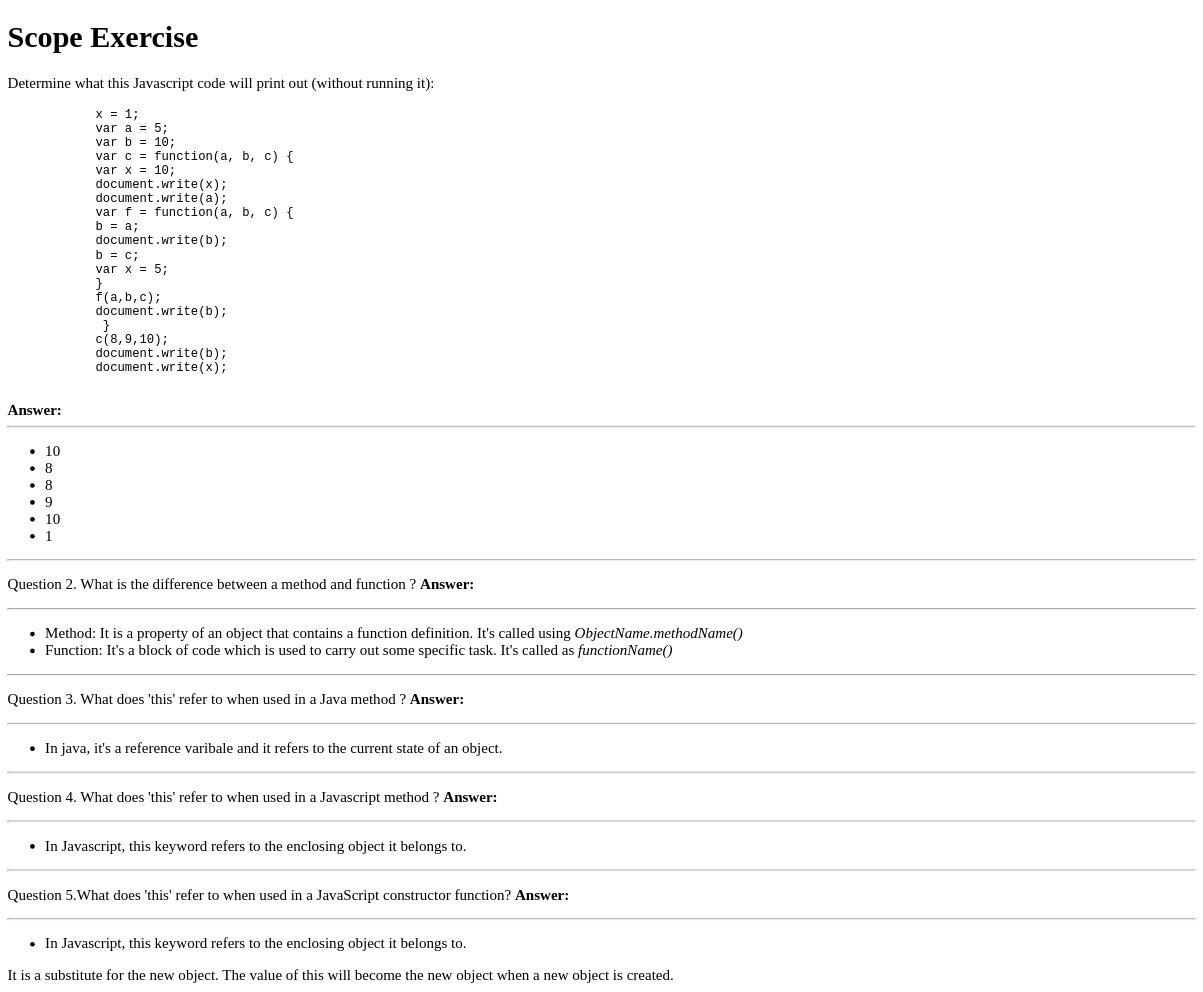
Repository: bethelbahiru/WAP
Page: Homework3/scope.html
An editor plug-in stored every save of this project. The page is shown before and after the next save, followed by the edit.
The browser window is 1280 px wide. The pictures show the whole page, at 94% of full size.

Above is the page before, as saved 2022-01-18 16:31:27.

### Homework3/scope.html
<!DOCTYPE html>
<html lang="en">
<head>
    <meta charset="UTF-8">
    <meta http-equiv="X-UA-Compatible" content="IE=edge">
    <meta name="viewport" content="width=device-width, initial-scale=1.0">
    <title>Scope Exercise</title>
</head>
<body>
    <h1><strong>Scope Exercise</strong></h1>
    <p> Determine what this Javascript code will print out (without running it):
        <pre>
            x = 1;
            var a = 5;
            var b = 10;
            var c = function(a, b, c) {
            var x = 10;
            document.write(x);
            document.write(a);
            var f = function(a, b, c) {
            b = a;
            document.write(b);
            b = c;
            var x = 5;
            }
            f(a,b,c);
            document.write(b);
             }
            c(8,9,10);
            document.write(b);
            document.write(x);
        </pre>

        <strong>Answer:</strong>
        <hr>
        <ul>
            <li>10</li>
            <li>8</li>
            <li>8</li>
            <li>9</li>
            <li>10</li>
            <li>1</li>
        </ul>
    </p>
    <hr>
    <p>Question 2.  What is the difference between a method and function ?

        <strong>Answer:</strong>
        <hr>
        <ul>
            <li>Method: It is a property of an object that contains a function definition. It's called using <em>ObjectName.methodName()</em></li>
            <li>Function: It's a block of code which is used to carry out some specific task. It's called as <em>functionName()</em></li>
        </ul>
    </p>
    <hr>
    <p>Question 3. What does 'this' refer to when used in a Java method ?
        <strong>Answer:</strong>
        <hr>
        <ul>
            <li>In java, it's a reference varibale and it refers to the current state of an object.</li>
        </ul>
    </p>
    <hr>
    <p>Question 4. What does 'this' refer to when used in a Javascript method ?
        <strong>Answer:</strong>
        <hr>
        <ul>
            <li>In Javascript, this keyword refers to the enclosing object it belongs to.</li>
        </ul>
    </p>
    <hr>
    <p>Question 5.What does 'this' refer to when used in a JavaScript constructor function?
        <strong>Answer:</strong>
        <hr>
        <ul>
            <li>In Javascript, this keyword refers to the enclosing object it belongs to.</li>
        </ul>
    </p>




    It is a substitute for the new object. The value of this will become the new object when a new object is created.

</body>
</html>

After the next save:
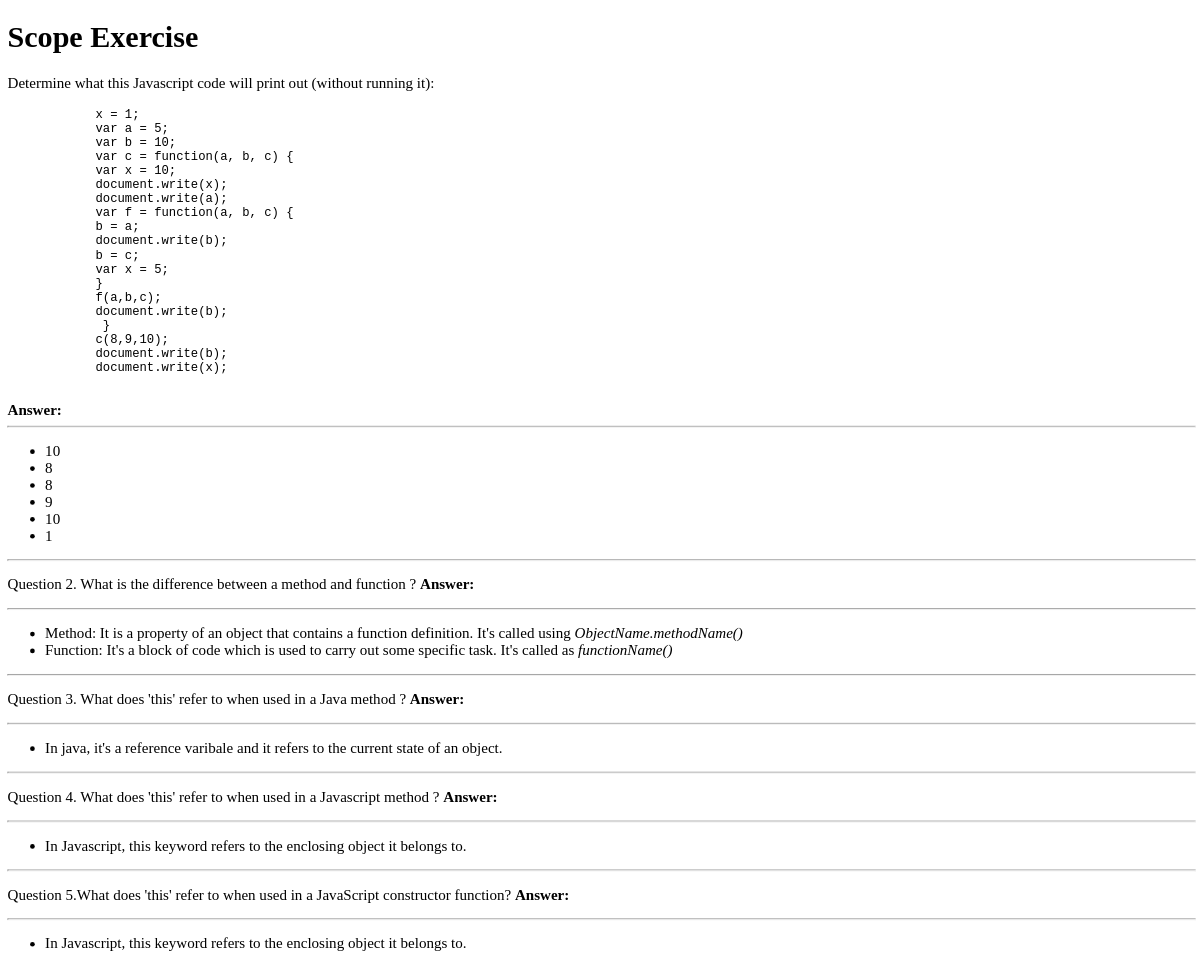
Saved 6 s later.
--- a/Homework3/scope.html
+++ b/Homework3/scope.html
@@ -80,7 +80,7 @@
 
 
 
-    It is a substitute for the new object. The value of this will become the new object when a new object is created.
+
 
 </body>
 </html>
